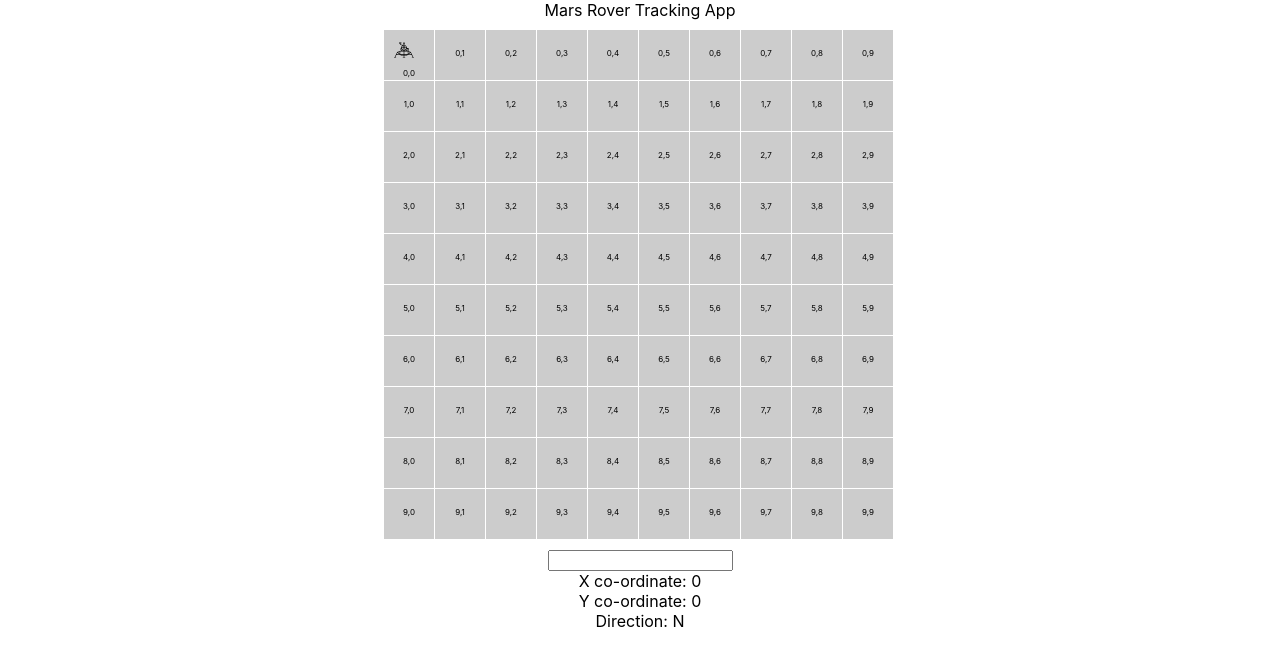
Repository: madhurisandbhor/Rover-Tracking-App
Page: /
An editor plug-in stored every save of this project. The page is shown before and after the next save, followed by the edit.
The browser window is 1280 px wide. The pictures show the whole page.
The project was rebuilt for these pictures with package versions that can differ from the ones it lists, and the page was loaded fresh each time.

Above is the page before, as saved 2021-09-06 19:10:51.

### src/App.js
import './App.css';
import Grid from './Grid'

function App() {
  return (
    <div className="App">
      <div>Mars Rover Tracking App</div>
      <Grid />
    </div>
  );
}

export default App;

### src/Grid.jsx
import React, { useState, useEffect } from 'react'
import { maxY, maxX, x, y, d } from './constants'
import testGrid from './testGrid'
import roverIcon from './svg/rover-icon.svg'

const wrapper = {
  width: '50%',
  margin: '10px auto',
}

const grid = {
  width: '80%',
  margin: '10px auto',
  display: 'grid',
  gridTemplateColumns: `repeat(${maxY + 1}, 50px)`,
  gridTemplateRows: `repeat(${maxX + 1}, 50px)`,
  gridGap: '1px',
}

const itemStyle = {
  padding: '10px',
  backgroundColor: '#ccc',
}

const itemSpan = {
  fontSize: '8px',
}

const roverImg = {
  width: '20px',
  height: '20px',
  alignText: 'center',
}

const Grid = () => {
  const gridLength = (maxX + 1) * (maxY + 1)
  const totalItems = Array(gridLength).fill()
  const [input, setInput] = useState('')
  const [roverXPosition, setRoverXPosition] = useState(x)
  const [roverYPosition, setRoverYPosition] = useState(y)
  const [roverDirection, setRoverDirection] = useState(d)
  const [transformProp, setTransformProp] = useState()

  useEffect(() => {
    const result = testGrid(input)
    setRoverXPosition(result[0]) // X-position
    setRoverYPosition(result[1]) // y-position
    setRoverDirection(result[2]) // direction

    if (roverDirection === 'N') setTransformProp('rotate(0deg)')
    else if (roverDirection === 'E') setTransformProp('rotate(90deg)')
    else if (roverDirection === 'S') setTransformProp('rotate(180deg)')
    else if (roverDirection === 'W') setTransformProp('rotate(-90deg)')
  }, [input, roverDirection])

  return (
    <div style={wrapper}>
      <div style={grid}>
        {totalItems.map((item, index) => (
          <div key={index} style={itemStyle}>
            {roverXPosition * 10 + roverYPosition === index && (
              <div style={roverImg}>
                <img
                  style={{ width: '100%', transform: transformProp }}
                  src={roverIcon}
                  alt="rover"
                />
              </div>
            )}
            <span style={itemSpan}>
              {Math.floor(index / 10)},{index % 10}
            </span>
          </div>
        ))}
      </div>
      <input
        name="inputString"
        value={input}
        onChange={(event) => setInput(event.target.value)}
      />
      <div>
        <div>X co-ordinate: {roverXPosition}</div>
        <div>Y co-ordinate: {roverYPosition}</div>
        <div> Direction: {roverDirection}</div>
      </div>
    </div>
  )
}

export default Grid

### src/constants.js
export const x = 0, y = 0, maxX = 9, maxY = 9;
export const d = 'N';
export const directionsToRight = ['N', 'E', 'S', 'W']
export const directionsToLeft = ['N', 'W', 'S', 'E']

### src/testGrid.js
import {
  x,
  y,
  d,
  directionsToRight,
  directionsToLeft,
  maxX,
  maxY,
} from './constants'

const testGrid = (testString) => {
  const roverPosition = [x, y, d]
  const testArr = testString.split('')

  for (let i = 0; i < testArr.length; i++) {
    if (testArr[i] === 'r') {
      let currDirIndex = directionsToRight.findIndex(
        (item) => item === roverPosition[2]
      )
      if (currDirIndex > -1 && currDirIndex < 3)
        roverPosition[2] = directionsToRight[currDirIndex + 1]
      else roverPosition[2] = directionsToRight[0]
    } else if (testArr[i] === 'l') {
      let currDirIndex = directionsToLeft.findIndex(
        (item) => item === roverPosition[2]
      )
      if (currDirIndex > -1 && currDirIndex < 3)
        roverPosition[2] = directionsToLeft[currDirIndex + 1]
      else roverPosition[2] = directionsToLeft[0]
    } else if (testArr[i] === 'f') {
      if (roverPosition[2] === 'E') {
        if (roverPosition[1] < maxY) roverPosition[1]++
        else roverPosition[1] = 0
      } else if (roverPosition[2] === 'S') {
        if (roverPosition[0] < maxX) roverPosition[0]++
        else roverPosition[0] = 0
      } else if (roverPosition[2] === 'N') {
        if (roverPosition[0] <= 0) roverPosition[0] = maxX
        else roverPosition[0]--
      } else if (roverPosition[2] === 'W') {
        if (roverPosition[1] <= 0) roverPosition[1] = maxY
        else roverPosition[1]--
      }
    }
  }

  return roverPosition
}

export default testGrid

Loaded but not shown: public/index.html (common file); src/index.js (common file); src/index.css (common file); src/App.css (common file)

After the next save:
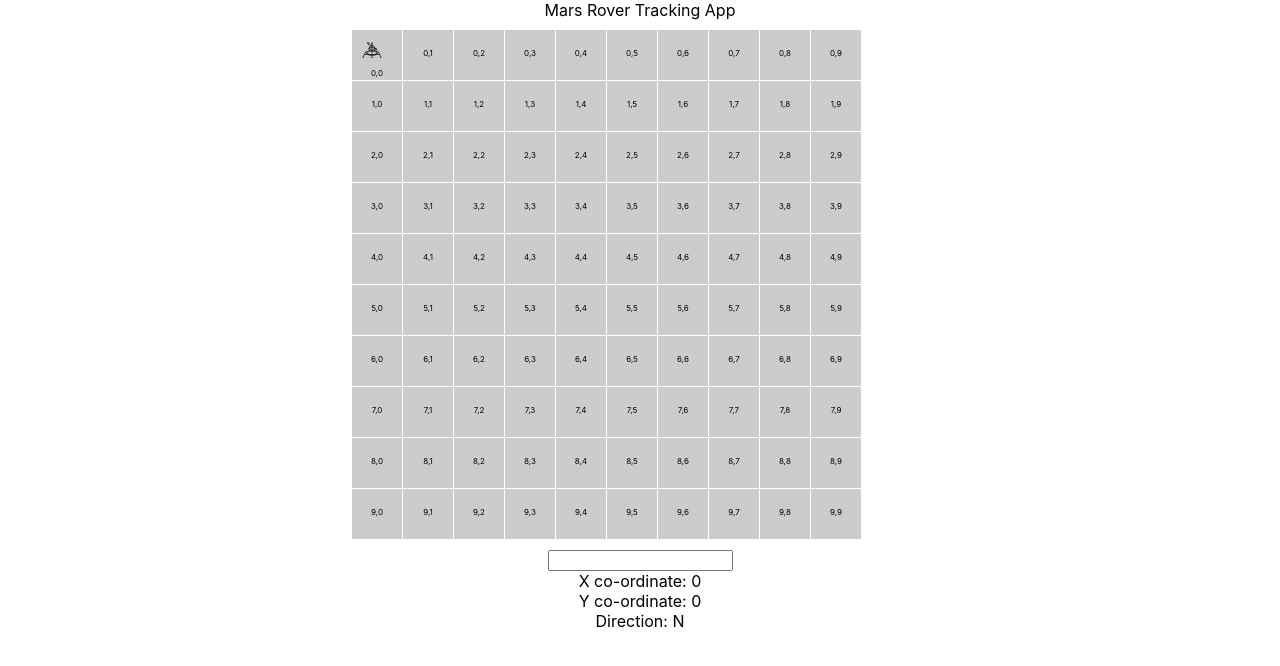
Saved 7 s later.
--- a/src/Grid.jsx
+++ b/src/Grid.jsx
@@ -9,7 +9,7 @@
 }
 
 const grid = {
-  width: '80%',
+  width: '90%',
   margin: '10px auto',
   display: 'grid',
   gridTemplateColumns: `repeat(${maxY + 1}, 50px)`,

After the save that followed:
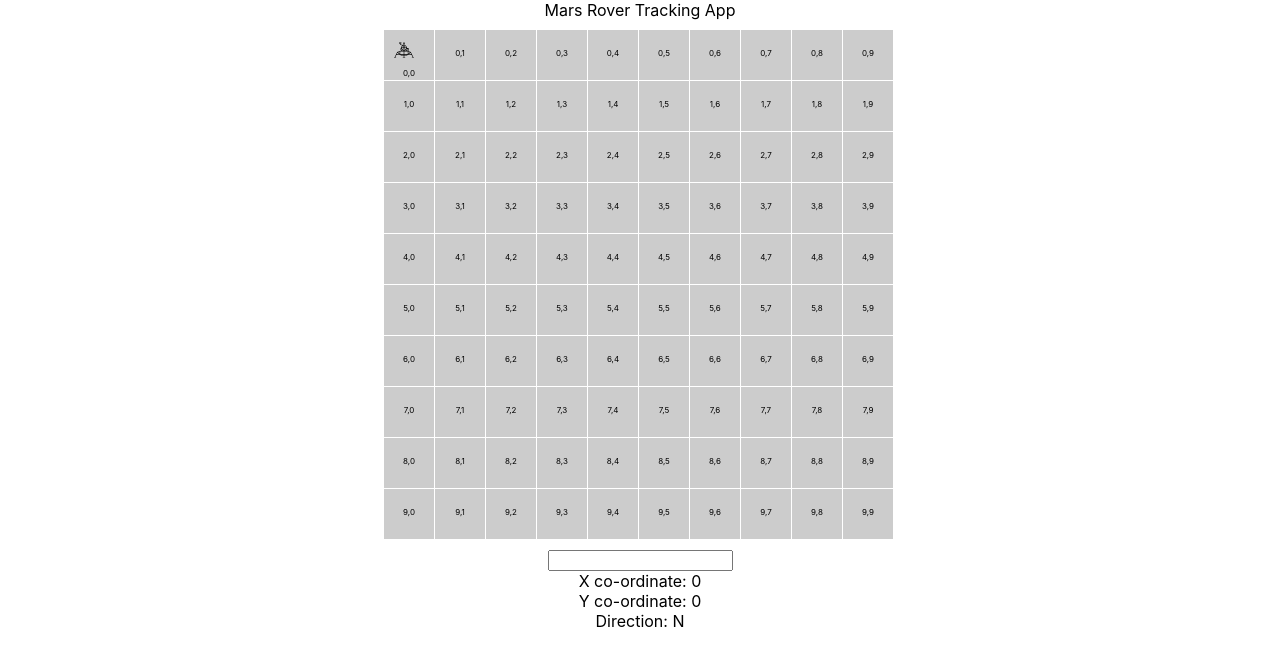
Saved 15 s later.
--- a/src/Grid.jsx
+++ b/src/Grid.jsx
@@ -9,7 +9,7 @@
 }
 
 const grid = {
-  width: '90%',
+  width: '80%',
   margin: '10px auto',
   display: 'grid',
   gridTemplateColumns: `repeat(${maxY + 1}, 50px)`,
